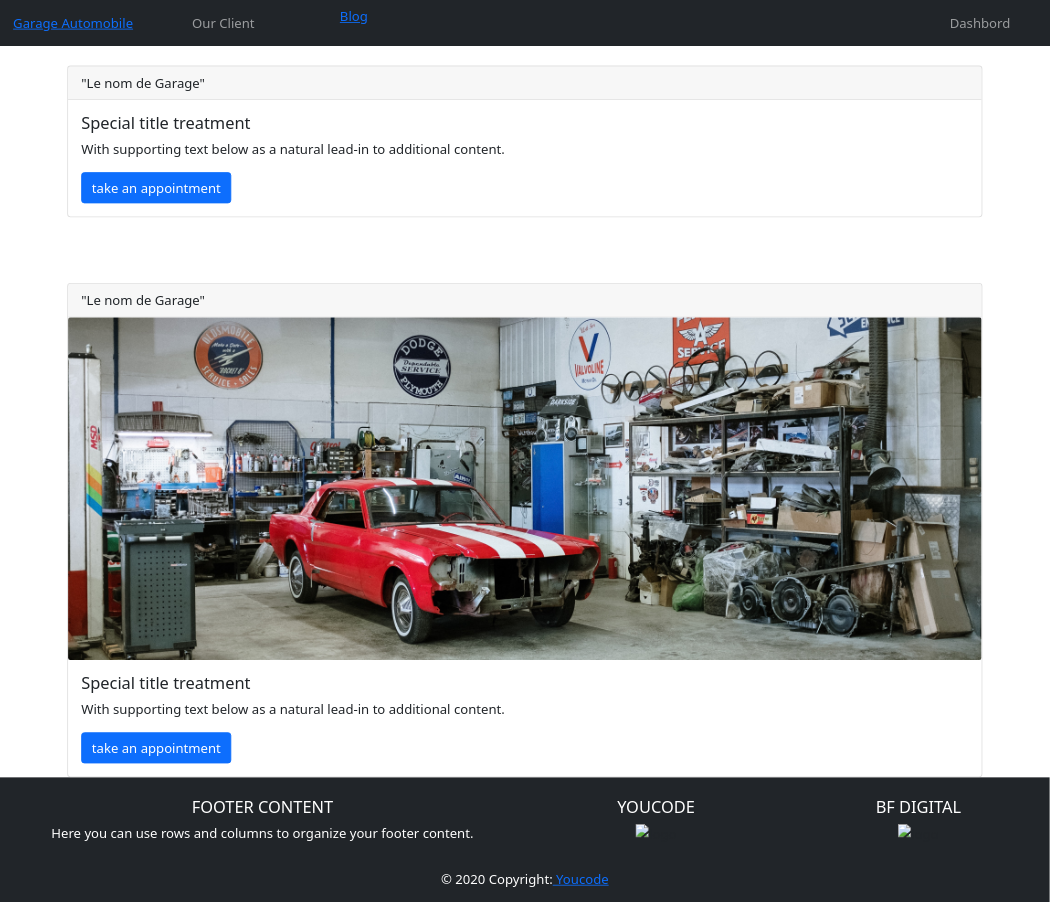
Repository: abdelhak-f/Fil-Rouge
Page: /Blog (app in client/)
These files come from the project's save history. The page is drawn as it stood at one moment and after the next save; the edit follows.
The browser window is 1280 px wide. The pictures show the whole page, at 82% of full size.
The project was rebuilt for these pictures with package versions that can differ from the ones it lists, and the page was loaded fresh each time. Also part of the build but not shown: client/src/components/Text.jsx, client/src/components/forms/FirstFrontForm.jsx, client/src/components/Body.jsx.

Above is the page before, as saved 2021-09-07 17:01:32.

### client/public/index.html
<!DOCTYPE html>
<html lang="en">
  <head>
    <meta charset="utf-8" />
    <link rel="icon" href="%PUBLIC_URL%/favicon.ico" />
    <meta name="viewport" content="width=device-width, initial-scale=1" />
    <meta name="theme-color" content="#000000" />
    <meta
      name="description"
      content="Web site created using create-react-app"
    />
    <!--   import bootstrao  -->
    <link
  rel="stylesheet"
  href="https://cdn.jsdelivr.net/npm/bootstrap@5.1.0/dist/css/bootstrap.min.css"
  integrity="sha384-KyZXEAg3QhqLMpG8r+8fhAXLRk2vvoC2f3B09zVXn8CA5QIVfZOJ3BCsw2P0p/We"
  crossorigin="anonymous"
  />

    <link rel="apple-touch-icon" href="%PUBLIC_URL%/logo192.png" />
    <!--
      manifest.json provides metadata used when your web app is installed on a
      user's mobile device or desktop. See https://developers.google.com/web/fundamentals/web-app-manifest/
    -->
    <link rel="manifest" href="%PUBLIC_URL%/manifest.json" />
    <!--
      Notice the use of %PUBLIC_URL% in the tags above.
      It will be replaced with the URL of the `public` folder during the build.
      Only files inside the `public` folder can be referenced from the HTML.

      Unlike "/favicon.ico" or "favicon.ico", "%PUBLIC_URL%/favicon.ico" will
      work correctly both with client-side routing and a non-root public URL.
      Learn how to configure a non-root public URL by running `npm run build`.
    -->
    <title>React App</title>
  </head>
  <body>
    <noscript>You need to enable JavaScript to run this app.</noscript>
    <div id="root"></div>
    <!--
      This HTML file is a template.
      If you open it directly in the browser, you will see an empty page.

      You can add webfonts, meta tags, or analytics to this file.
      The build step will place the bundled scripts into the <body> tag.

      To begin the development, run `npm start` or `yarn start`.
      To create a production bundle, use `npm run build` or `yarn build`.
    -->
  </body>
</html>

### client/src/index.js
import React from 'react';
import ReactDOM from 'react-dom';
import './index.css';
import App from './App';
import reportWebVitals from './reportWebVitals';

// import bootstrap
import 'bootstrap/dist/css/bootstrap.min.css';

ReactDOM.render(
  <React.StrictMode>
    <App />
  </React.StrictMode>,
  document.getElementById('root')
);

// If you want to start measuring performance in your app, pass a function
// to log results (for example: reportWebVitals(console.log))
// or send to an analytics endpoint. Learn more: https://bit.ly/CRA-vitals
reportWebVitals();

### client/src/App.js
// import './App.css';
import React from 'react';

import Navbar from './components/Nnavbar';
import Body from './components/Body';
import Footer from './components/Footer';
import Blog from './components/Blog';

import { BrowserRouter as Router, Switch, Route } from 'react-router-dom';






function App() {
  return (


    <>
<Router>

     <Navbar />




    <Switch>
    <Route  path="/" exact component={Body} />
       <Route  path="/Blog" component={Blog} />
    </Switch>

    <Footer/>
</Router>
    </>

  );
}

export default App;

### client/src/components/Nnavbar.jsx
import React from 'react';
import { NavLink } from 'react-router-dom';

import * as ReactBootstrap from 'react-bootstrap';









function Navbar() {
    return(
      <>

            <ReactBootstrap.Navbar className="mb-5" collapseOnSelect expand="lg" bg="dark" variant="dark" fixed="top">

 <NavLink className="mx-3" to="/">Garage Automobile</NavLink>
 <ReactBootstrap.Navbar.Toggle aria-controls="responsive-navbar-nav" />
 <ReactBootstrap.Navbar.Collapse id="responsive-navbar-nav">
   <ReactBootstrap.Nav className="me-auto">
     <ReactBootstrap.Nav.Link className="mx-5" href="#features">Our Client</ReactBootstrap.Nav.Link>
     <NavLink  className="px-5" to="/blog">Blog</NavLink>
     {/* <ReactBootstrap.NavDropdown title="Dropdown" id="collasible-nav-dropdown">
       <ReactBootstrap.NavDropdown.Item href="#action/3.1">Action</ReactBootstrap.NavDropdown.Item>
       <ReactBootstrap.NavDropdown.Item href="#action/3.2">Another action</ReactBootstrap.NavDropdown.Item>
       <ReactBootstrap.NavDropdown.Item href="#action/3.3">Something</ReactBootstrap.NavDropdown.Item>
       <ReactBootstrap.NavDropdown.Divider />
       <ReactBootstrap.NavDropdown.Item href="#action/3.4">Separated link</ReactBootstrap.NavDropdown.Item>
     </ReactBootstrap.NavDropdown> */}
   </ReactBootstrap.Nav>
   <ReactBootstrap.Nav>
     <ReactBootstrap.Nav.Link href="#deets" className="px-5" > Dashbord</ReactBootstrap.Nav.Link>
     {/* <ReactBootstrap.Nav.Link eventKey={2} href="#memes">
       Admin
     </ReactBootstrap.Nav.Link> */}
   </ReactBootstrap.Nav>
 </ReactBootstrap.Navbar.Collapse>

</ReactBootstrap.Navbar>





</>

    )
}

export default Navbar ;

### client/src/components/Footer.jsx
import React from "react";


function Footer () {
    return(
<footer  className="pt-4 page-footer font-small blue bg-dark ">
    <div className="text-center container-fluid text-md-left ">
        <div className="row">
            <div className="mt-3 text-white col-md-6 mt-md-0">
                <h5 className=" text-uppercase">Footer Content</h5>
                <p >Here you can use rows and columns to organize your footer content.</p>
            </div>

            <hr className="clearfix pb-0 w-100 d-md-none"/>

            <div className="mb-3 col-md-3 mb-md-0">
                <h5 className="text-white text-uppercase">Youcode</h5>
                <img src="" alt="logo" width={300} /></div>

            <div className="mb-3 col-md-3 mb-md-0">
                <h5 className="text-white text-uppercase " >BF Digital</h5>
                <img src="" alt="logo" width={300} />
            </div>
        </div>
    </div>

    <div className="py-3 text-center text-white footer-copyright " >© 2020 Copyright:
        <a href="https://www.youcode.ma/"> Youcode</a>
    </div>

</footer>
)

}

export default Footer

### client/src/components/Blog.jsx
import React from 'react'
import './css/style.css';
import {Container,Card, Button} from 'react-bootstrap';
import image from '../images/image.jpg';

function Blog() {
  return (

     <Container  className="Blog" >
         {/* first blog */}
         <Card >
           <Card.Header  >"Le nom de Garage"  </Card.Header>
            <Card.Img style={{ height: '00px' }} src={image} />
            <Card.Body>
            <Card.Title>Special title treatment</Card.Title>
            <Card.Text>
                 With supporting text below as a natural lead-in to additional content.
            </Card.Text>
            <Button variant="primary">take an appointment</Button>
           </Card.Body>
        </Card>

        <Card className="Blog">
           <Card.Header  >"Le nom de Garage"  </Card.Header>
            <Card.Img  src={image} />
            <Card.Body>
            <Card.Title>Special title treatment</Card.Title>
            <Card.Text>
                 With supporting text below as a natural lead-in to additional content.
            </Card.Text>
            <Button variant="primary">take an appointment</Button>
           </Card.Body>
        </Card>

        {/* second blog */}

     </Container>


  )

}

export default Blog

### client/src/components/css/style.css

.Blog {
    margin-top: 5rem;
  }

Loaded but not shown: client/src/index.css (common file); client/src/reportWebVitals.js (common file)

After the next save:
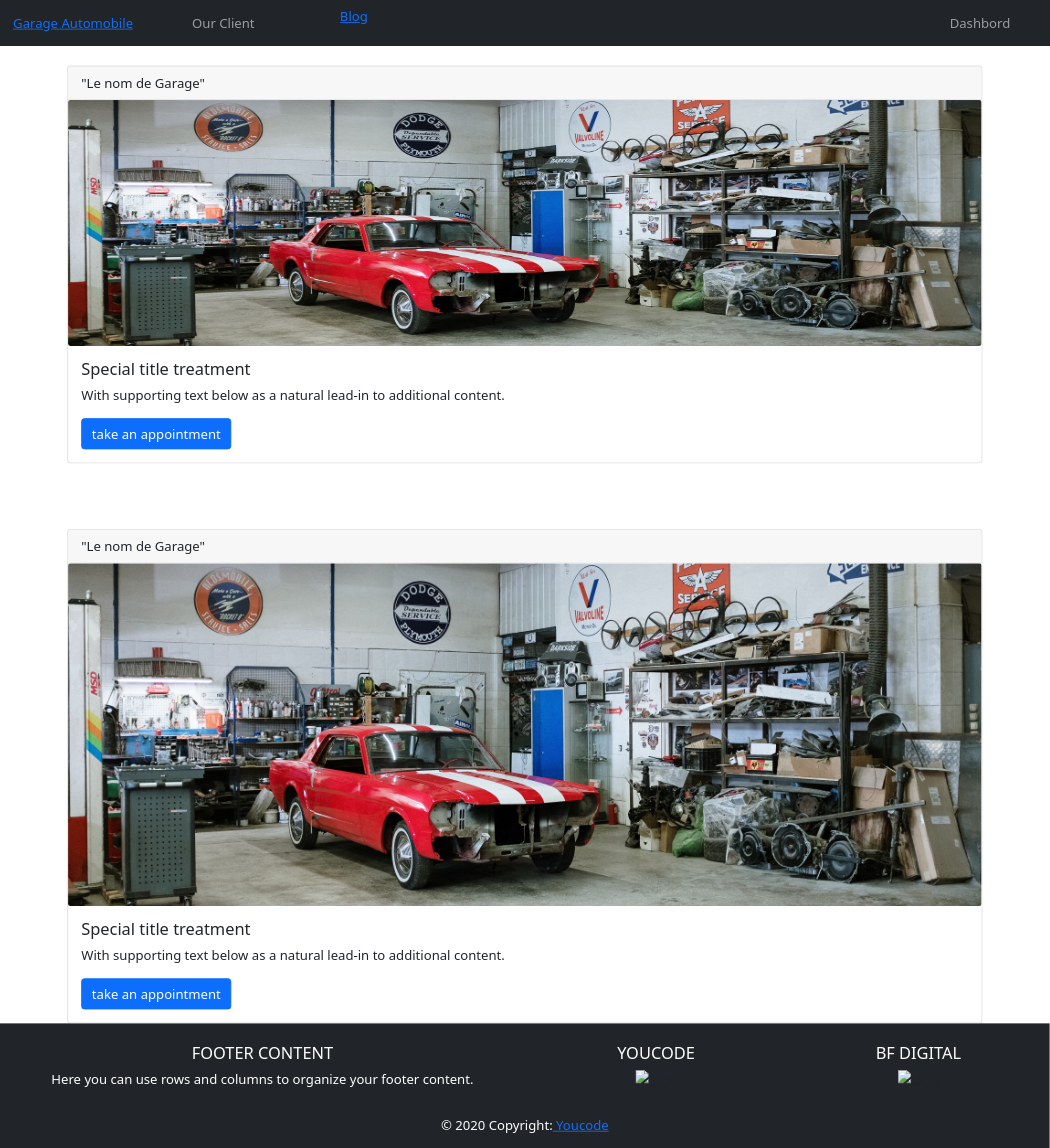
Saved 6 s later.
--- a/client/src/components/Blog.jsx
+++ b/client/src/components/Blog.jsx
@@ -10,7 +10,7 @@ function Blog() {
          {/* first blog */}
          <Card >
            <Card.Header  >"Le nom de Garage"  </Card.Header>
-            <Card.Img style={{ height: '00px' }} src={image} />
+            <Card.Img style={{ height: '300px' }} src={image} />
             <Card.Body>
             <Card.Title>Special title treatment</Card.Title>
             <Card.Text>
